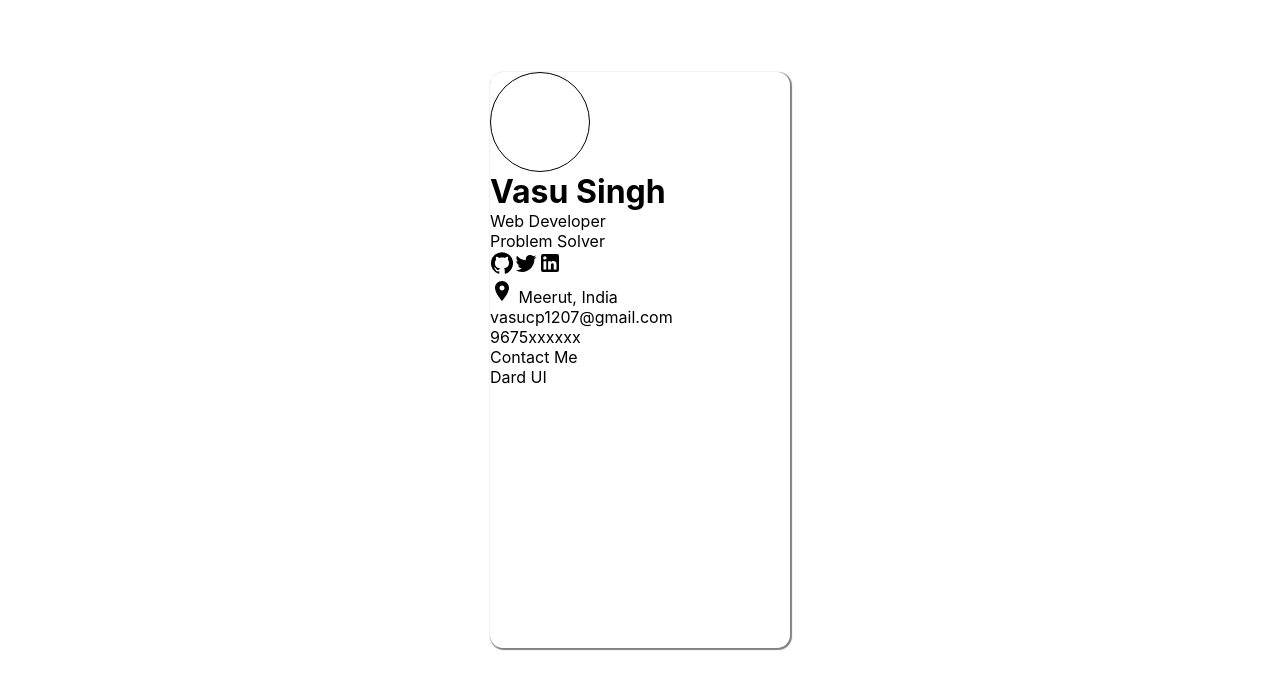
Repository: vasucp1207/grid-port
Page: /about
An editor plug-in stored every save of this project. The page is shown before and after a run of saves, followed by the edit.
The browser window is 1280 px wide. The pictures show the whole page.
Some web fonts or font styles are not loaded; a fallback is used. The project was rebuilt for these pictures with package versions that can differ from the ones it lists, and the page was loaded fresh each time. Also part of the build but not shown: src/pages/Home.js, src/pages/Projects.js.

Above is the page before, as saved 2022-08-16 22:07:50.

### public/index.html
<!DOCTYPE html>
<html lang="en">
  <head>
    <meta charset="utf-8" />
    <link rel="icon" href="%PUBLIC_URL%/favicon.ico" />
    <meta name="viewport" content="width=device-width, initial-scale=1" />
    <meta name="theme-color" content="#000000" />
    <meta
      name="description"
      content="Web site created using create-react-app"
    />
    <link rel="apple-touch-icon" href="%PUBLIC_URL%/logo192.png" />
    <!--
      manifest.json provides metadata used when your web app is installed on a
      user's mobile device or desktop. See https://developers.google.com/web/fundamentals/web-app-manifest/
    -->
    <link rel="manifest" href="%PUBLIC_URL%/manifest.json" />
    <link rel="preconnect" href="https://fonts.googleapis.com">
<link rel="preconnect" href="https://fonts.gstatic.com" crossorigin>
<link href="https://fonts.googleapis.com/css2?family=Kantumruy+Pro:wght@200;300&family=Open+Sans:ital,wght@0,300;0,600;0,700;1,800&family=Poppins:wght@400;600&family=Raleway:wght@300&family=Roboto+Flex:opsz,wght@8..144,300;8..144,400;8..144,500&display=swap" rel="stylesheet">
    <!--
      Notice the use of %PUBLIC_URL% in the tags above.
      It will be replaced with the URL of the `public` folder during the build.
      Only files inside the `public` folder can be referenced from the HTML.

      Unlike "/favicon.ico" or "favicon.ico", "%PUBLIC_URL%/favicon.ico" will
      work correctly both with client-side routing and a non-root public URL.
      Learn how to configure a non-root public URL by running `npm run build`.
    -->
    <title>React App</title>
  </head>
  <body>
    <noscript>You need to enable JavaScript to run this app.</noscript>
    <div id="root"></div>
    <!--
      This HTML file is a template.
      If you open it directly in the browser, you will see an empty page.

      You can add webfonts, meta tags, or analytics to this file.
      The build step will place the bundled scripts into the <body> tag.

      To begin the development, run `npm start` or `yarn start`.
      To create a production bundle, use `npm run build` or `yarn build`.
    -->
  </body>
</html>

### src/App.js
import './App.css';
import { Link, Route, Routes } from 'react-router-dom';
import AboutMe from './pages/AboutMe';
import Home from './pages/Home';
import Projects from './pages/Projects';

function App() {
  return (
    <div>
      <Routes>
        <Route exact path="/" element={<Home />} />
        <Route exact path="/about" element={<AboutMe />} />
        <Route exact path="/projects" element={<Projects />} />
      </Routes>
    </div>
  );
}

export default App;

### src/App.css
:root {
  --d: 700ms;
  --e: cubic-bezier(0.19, 1, 0.22, 1);
  --font-sans: "Rubik", sans-serif;
  --font-serif: "Cardo", serif;
  font-family: Poppins;
}

* {
  box-sizing: border-box;
  padding: 0;
  margin: 0;
}

html, body {
  height: 100vh;
  width: 100vw;
}

body {
  display: grid;
  place-items: center;
}

.page-content {
  display: grid;
  width: 100vw;
  height: 100vh;
  margin: 0 auto;
}
@media (min-width: 600px) {
  .page-content {
    grid-template-columns: repeat(2, 1fr);
  }
}
@media (min-width: 800px) {
  .page-content {
    grid-template-columns: repeat(2, 1fr);
  }
}

.card {
  position: relative;
  display: flex;
  align-items: flex-end;
  overflow: hidden;
  padding: 1rem;
  width: 100%;
  text-align: center;
  color: whitesmoke;
  background-color: whitesmoke;
  box-shadow: 0 1px 1px rgba(0, 0, 0, 0.1), 0 2px 2px rgba(0, 0, 0, 0.1), 0 4px 4px rgba(0, 0, 0, 0.1), 0 8px 8px rgba(0, 0, 0, 0.1), 0 16px 16px rgba(0, 0, 0, 0.1);
}
@media (min-width: 600px) {
  .card {
    height: 100vh;
  }
}
.card:before {
  content: "";
  position: absolute;
  top: 0;
  left: 0;
  width: 100%;
  height: 110%;
  background-size: cover;
  background-position: 0 0;
  transition: transform calc(var(--d) * 1.5) var(--e);
  pointer-events: none;
}
.card:after {
  content: "";
  display: block;
  position: absolute;
  top: 0;
  left: 0;
  width: 100%;
  height: 200%;
  pointer-events: none;
  background-image: linear-gradient(to bottom, rgba(0, 0, 0, 0) 0%, rgba(0, 0, 0, 0.009) 11.7%, rgba(0, 0, 0, 0.034) 22.1%, rgba(0, 0, 0, 0.072) 31.2%, rgba(0, 0, 0, 0.123) 39.4%, rgba(0, 0, 0, 0.182) 46.6%, rgba(0, 0, 0, 0.249) 53.1%, rgba(0, 0, 0, 0.32) 58.9%, rgba(0, 0, 0, 0.394) 64.3%, rgba(0, 0, 0, 0.468) 69.3%, rgba(0, 0, 0, 0.54) 74.1%, rgba(0, 0, 0, 0.607) 78.8%, rgba(0, 0, 0, 0.668) 83.6%, rgba(0, 0, 0, 0.721) 88.7%, rgba(0, 0, 0, 0.762) 94.1%, rgba(0, 0, 0, 0.79) 100%);
  transform: translateY(-50%);
  transition: transform calc(var(--d) * 2) var(--e);
}
.card:nth-child(1):before {
  background-image: url(https://images.unsplash.com/photo-1493612276216-ee3925520721?ixlib=rb-1.2.1&ixid=MnwxMjA3fDB8MHxwaG90by1wYWdlfHx8fGVufDB8fHx8&auto=format&fit=crop&w=2864&q=80);
}
.card:nth-child(2):before {
  background-image: url(https://images.unsplash.com/photo-1492551557933-34265f7af79e?ixlib=rb-1.2.1&ixid=MnwxMjA3fDB8MHxwaG90by1wYWdlfHx8fGVufDB8fHx8&auto=format&fit=crop&w=1740&q=80);
}
.card:nth-child(3):before {
  background-image: url(https://images.unsplash.com/photo-1545243424-0ce743321e11?ixlib=rb-1.2.1&q=80&fm=jpg&crop=entropy&cs=tinysrgb&w=400&fit=max&ixid=eyJhcHBfaWQiOjE0NTg5fQ);
}
.card:nth-child(4):before {
  background-image: url(https://images.unsplash.com/photo-1531306728370-e2ebd9d7bb99?ixlib=rb-1.2.1&q=80&fm=jpg&crop=entropy&cs=tinysrgb&w=400&fit=max&ixid=eyJhcHBfaWQiOjE0NTg5fQ);
}

.content {
  position: relative;
  display: flex;
  flex-direction: column;
  align-items: center;
  width: 100%;
  padding: 1rem;
  transition: transform var(--d) var(--e);
  z-index: 1;
}
.content > * + * {
  margin-top: 1rem;
}

.title {
  font-size: 50px;
}

.copy {
  font-size: 30px;
}

.btn {
  cursor: pointer;
  margin-top: 1.5rem;
  padding: 0.75rem 1.5rem;
  font-size: 20px;
  letter-spacing: 0.025rem;
  text-transform: uppercase;
  color: white;
  background-color: black;
  border: none;
}
.btn:hover {
  background-color: white;
  color: black;
  transition: 0.3;
  border-radius: 7px;
}
.btn:focus {
  outline: 1px dashed yellow;
  outline-offset: 3px;
}

@media (hover: hover) and (min-width: 600px) {
  .card:after {
    transform: translateY(0);
  }

  .content {
    transform: translateY(calc(100% - 4.5rem));
  }
  .content > *:not(.title) {
    opacity: 0;
    transform: translateY(1rem);
    transition: transform var(--d) var(--e), opacity var(--d) var(--e);
  }

  .card:hover,
.card:focus-within {
    align-items: center;
  }
  .card:hover:before,
.card:focus-within:before {
    transform: translateY(-4%);
  }
  .card:hover:after,
.card:focus-within:after {
    transform: translateY(-50%);
  }
  .card:hover .content,
.card:focus-within .content {
    transform: translateY(0);
  }
  .card:hover .content > *:not(.title),
.card:focus-within .content > *:not(.title) {
    opacity: 1;
    transform: translateY(0);
    transition-delay: calc(var(--d) / 8);
  }

  .card:focus-within:before, .card:focus-within:after,
.card:focus-within .content,
.card:focus-within .content > *:not(.title) {
    transition-duration: 0s;
  }
}

### src/pages/AboutMe.js
import React from 'react'
import { motion } from 'framer-motion'
import styled, { StyledComponent } from 'styled-components'
import GitHubIcon from '@mui/icons-material/GitHub';
import TwitterIcon from '@mui/icons-material/Twitter';
import LinkedInIcon from '@mui/icons-material/LinkedIn';
import LocationOnIcon from '@mui/icons-material/LocationOn';

function AboutMe() {

    const pageVarients = {
        initial: {
            opacity: 0
        },
        in: {
            opacity: 1
        },
        out: {
            opacity: 0
        }
    }

    return (
        <Container>
            <motion.div
                initial='initial'
                animate='in'
                exit='out'
                variants={pageVarients}
                transition={{ duration: 1.2, type: 'spring' }}
            >

                <Comp>
                    <Left>
                        <div class='avatar'></div>
                        <h1>Vasu Singh</h1>
                        <div class='sim-btn'>Web Developer</div>
                        <div class='sim-btn'>Problem Solver</div>
                        <div>
                            <GitHubIcon />
                            <TwitterIcon />
                            <LinkedInIcon />
                        </div>
                        <div class='address'>
                            <p><LocationOnIcon/> Meerut, India</p>
                            <p>vasucp1207@gmail.com</p>
                            <p>9675xxxxxx</p>
                        </div>
                        <div class='gb-btn'>Contact Me</div>
                        <div class='gb-btn'>Dard UI</div>
                    </Left>
                    <Right></Right>
                </Comp>

            </motion.div>
        </Container>
    )
}

export default AboutMe

const Container = styled.div`
    /* background-image: linear-gradient(to right bottom,#00f260,#0575e6); */
`

const Comp = styled.div`

`

const Left = styled.div`
    height: 80vh;
    width: 300px;
    box-shadow: 1px 1px 1px 1px gray;
    border-radius: 13px;

    .avatar{
        height: 100px;
        border: 1px solid black;
        width: 100px;
        border-radius: 50%;
    }
`

const Right = styled.div`

`

Loaded but not shown: src/index.js (common file); src/index.css (common file)

After the next 2 saves:
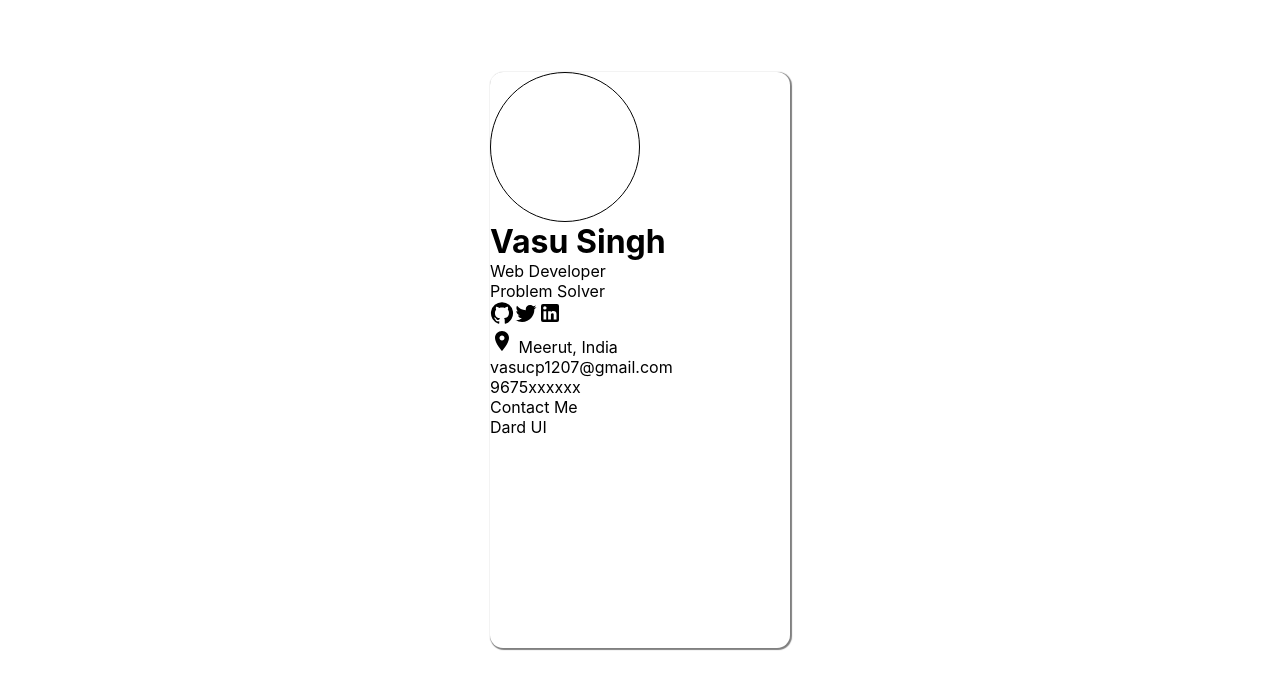
The 2 saves are shown as one change because they came seconds apart.
The last was saved 20 s later.
--- a/src/pages/AboutMe.js
+++ b/src/pages/AboutMe.js
@@ -74,9 +74,9 @@ const Left = styled.div`
     border-radius: 13px;
 
     .avatar{
-        height: 100px;
+        height: 150px;
         border: 1px solid black;
-        width: 100px;
+        width: 150px;
         border-radius: 50%;
     }
 `
